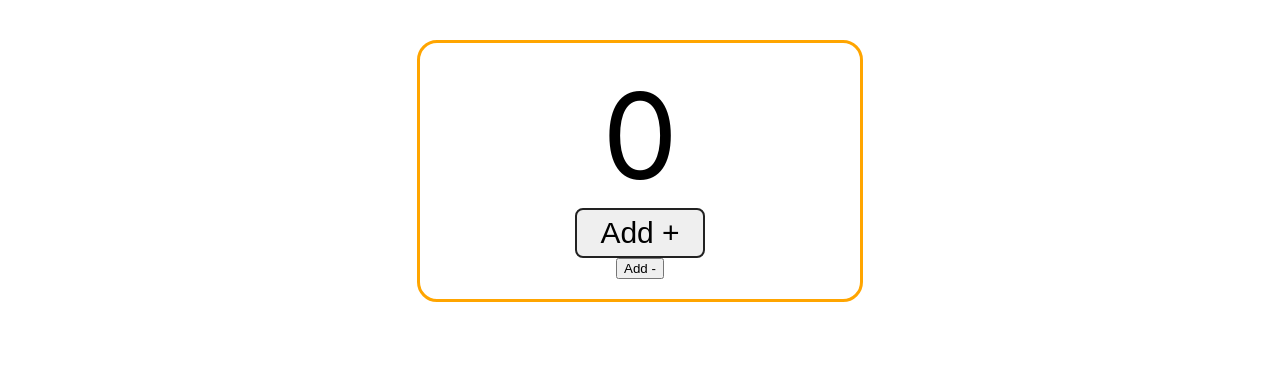
Repository: dnjfht/css-example
Page: /
The author's editor kept a copy of each file at every save. The page is drawn from the files as they stood at one save, then again after the next save.
The browser window is 1280 px wide. The pictures show the whole page.
The project was rebuilt for these pictures with package versions that can differ from the ones it lists, and the page was loaded fresh each time.

Above is the page before, as saved 2023-05-09 18:48:46.

### src/App.js
import React, { useState } from "react";
import Counter from "./components/Counter";

export default function App() {
  const [count, setCount] = useState(0);
  return (
    <div>
      <Counter count={count} setCount={setCount} />
    </div>
  );
}

### src/components/Counter.jsx
import React from "react";

export default function Counter({ count, setCount }) {
  const handleClickCountUp = () => {
    setCount(count + 1);
  };

  const handleClickCountDown = () => {
    if (count > 0) setCount(count - 1);
  };

  return (
    <div
      style={{
        width: 400,
        padding: 20,
        margin: "40px auto",
        border: "3px solid orange",
        borderRadius: 20,
        display: "flex",
        flexDirection: "column",
        alignItems: "center",
      }}
    >
      <span style={{ fontSize: 120 }}>{count}</span>
      <button
        style={{
          width: 130,
          padding: "6px 16px",
          boxSizing: "border-box",
          border: "2px solid #222",
          borderRadius: 8,
          fontSize: 30,
        }}
        onClick={handleClickCountUp}
      >
        Add +
      </button>
      <button onClick={handleClickCountDown}>Add -</button>
    </div>
  );
}

Loaded but not shown: public/index.html (common file); src/index.js (common file); src/index.css (common file); src/reportWebVitals.js (common file)

After the next save:
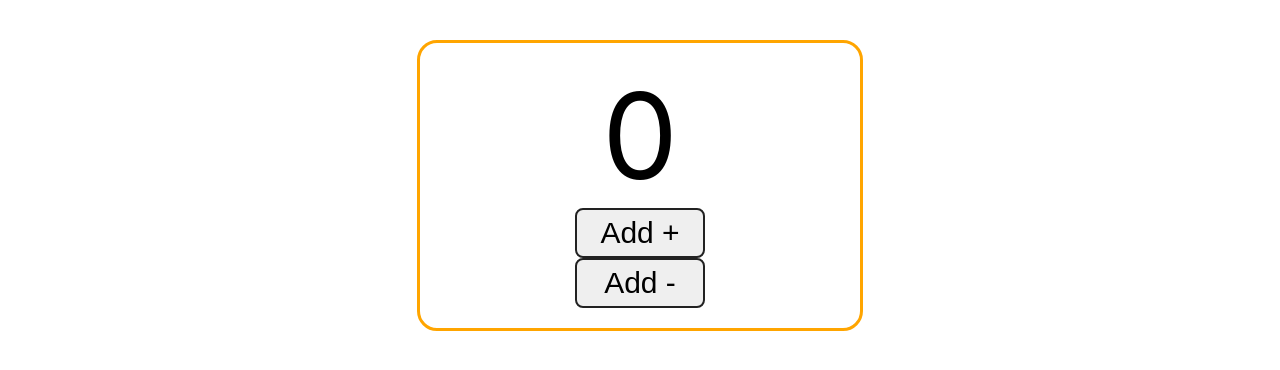
Saved 12 s later.
--- a/src/components/Counter.jsx
+++ b/src/components/Counter.jsx
@@ -36,7 +36,19 @@ export default function Counter({ count, setCount }) {
       >
         Add +
       </button>
-      <button onClick={handleClickCountDown}>Add -</button>
+      <button
+        style={{
+          width: 130,
+          padding: "6px 16px",
+          boxSizing: "border-box",
+          border: "2px solid #222",
+          borderRadius: 8,
+          fontSize: 30,
+        }}
+        onClick={handleClickCountDown}
+      >
+        Add -
+      </button>
     </div>
   );
 }
